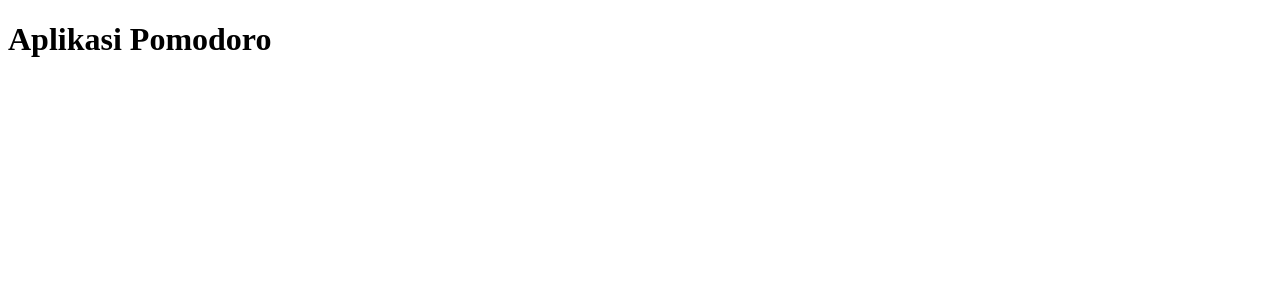
Repository: sellayspy/aplikasiPomodoro
Page: /
These files come from the project's save history. The page is drawn as it stood at one moment and after the next save; the edit follows.
The browser window is 1280 px wide. The pictures show the whole page.
The project was rebuilt for these pictures with package versions that can differ from the ones it lists, and the page was loaded fresh each time. Also part of the build but not shown: vite.config.js.

Above is the page before, as saved 2024-11-25 12:55:05.

### index.html
<!DOCTYPE html>
<html lang="en">
  <head>
    <meta charset="UTF-8" />
    <link rel="icon" type="image/svg+xml" href="/vite.svg" />
    <meta name="viewport" content="width=device-width, initial-scale=1.0" />
    <title>Aplikasi Pomodoro</title>
  </head>
  <body>
    <div id="root"></div>
    <script type="module" src="/src/main.jsx"></script>
  </body>
</html>

### src/main.jsx
import { StrictMode } from "react";
import { createRoot } from "react-dom/client";
import { createGlobalStyle } from "styled-components";
import App from "./App.jsx";

const GlobalStyle = createGlobalStyle`
  html,body{
    background-color: blueviolet;
  }
`;

createRoot(document.getElementById("root")).render(
  <StrictMode>
    <App />
  </StrictMode>
);

### src/App.jsx
import styled from "styled-components";

function App() {
  return (
    <>
      <Title>Aplikasi Pomodoro</Title>
    </>
  );
}

export default App;

const Title = styled.h1`
  background-color: #fff;
`;

After the next save:
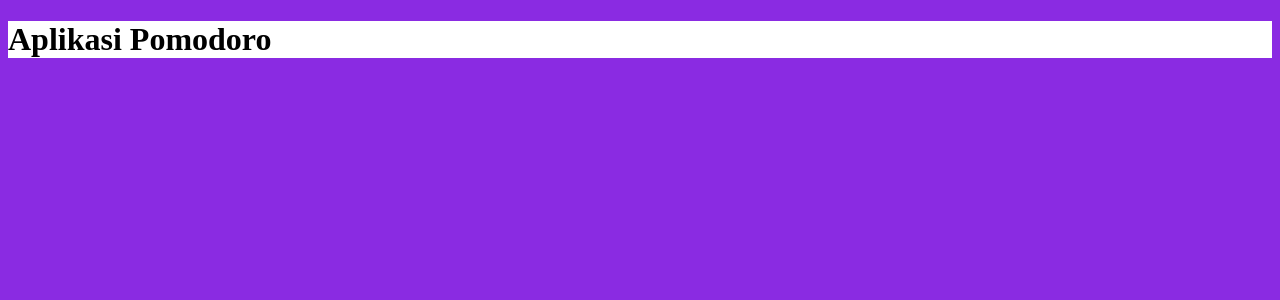
Saved 96 s later.
--- a/src/main.jsx
+++ b/src/main.jsx
@@ -11,6 +11,7 @@ const GlobalStyle = createGlobalStyle`
 
 createRoot(document.getElementById("root")).render(
   <StrictMode>
+    <GlobalStyle />
     <App />
   </StrictMode>
 );
